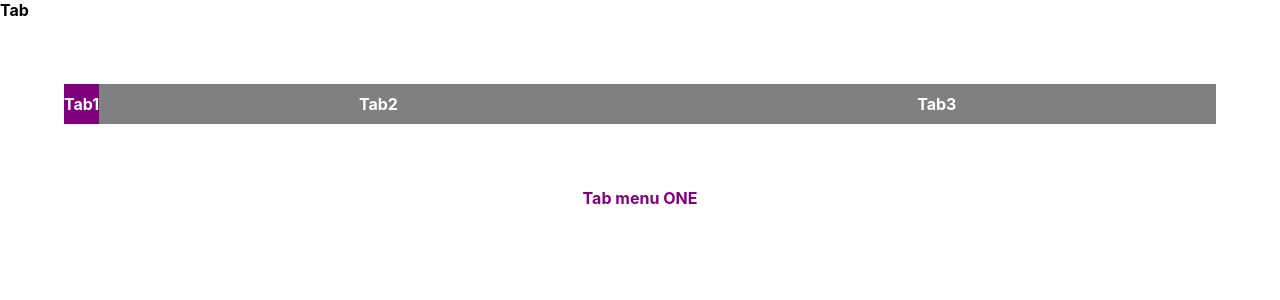
Repository: janghwahyun/wanted_pre_onboarding
Page: /Tab
These files come from the project's save history. The page is drawn as it stood at one moment and after the next save; the edit follows.
The browser window is 1280 px wide. The pictures show the whole page.
The project was rebuilt for these pictures with package versions that can differ from the ones it lists, and the page was loaded fresh each time. Also part of the build but not shown: src/component/ClickToEdit.js, src/component/Modal.js, src/component/Tag.js, src/component/Toggle.js.

Above is the page before, as saved 2022-02-11 15:14:18.

After the next save:
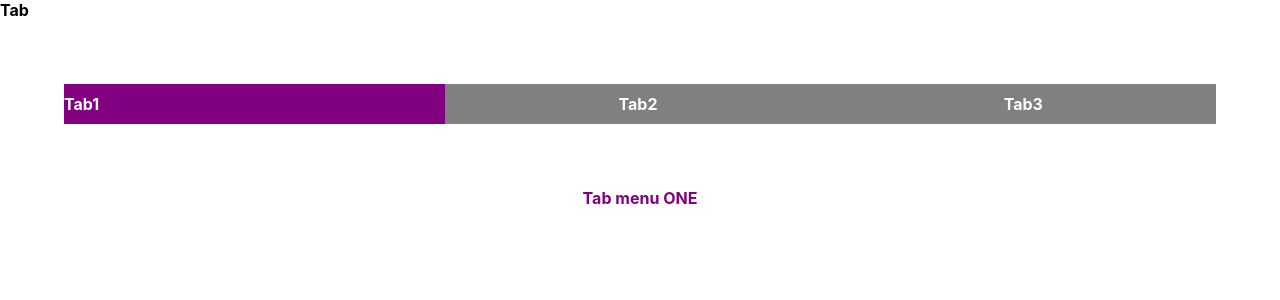
Saved 8 s later.
--- a/src/component/Tab.js
+++ b/src/component/Tab.js
@@ -53,6 +53,7 @@ const TabMenu = styled.li`
     display: flex;
     align-items: center;
     transition: 1s;
+    flex-grow: 1;
   }
 
   .stanbyMenu {
